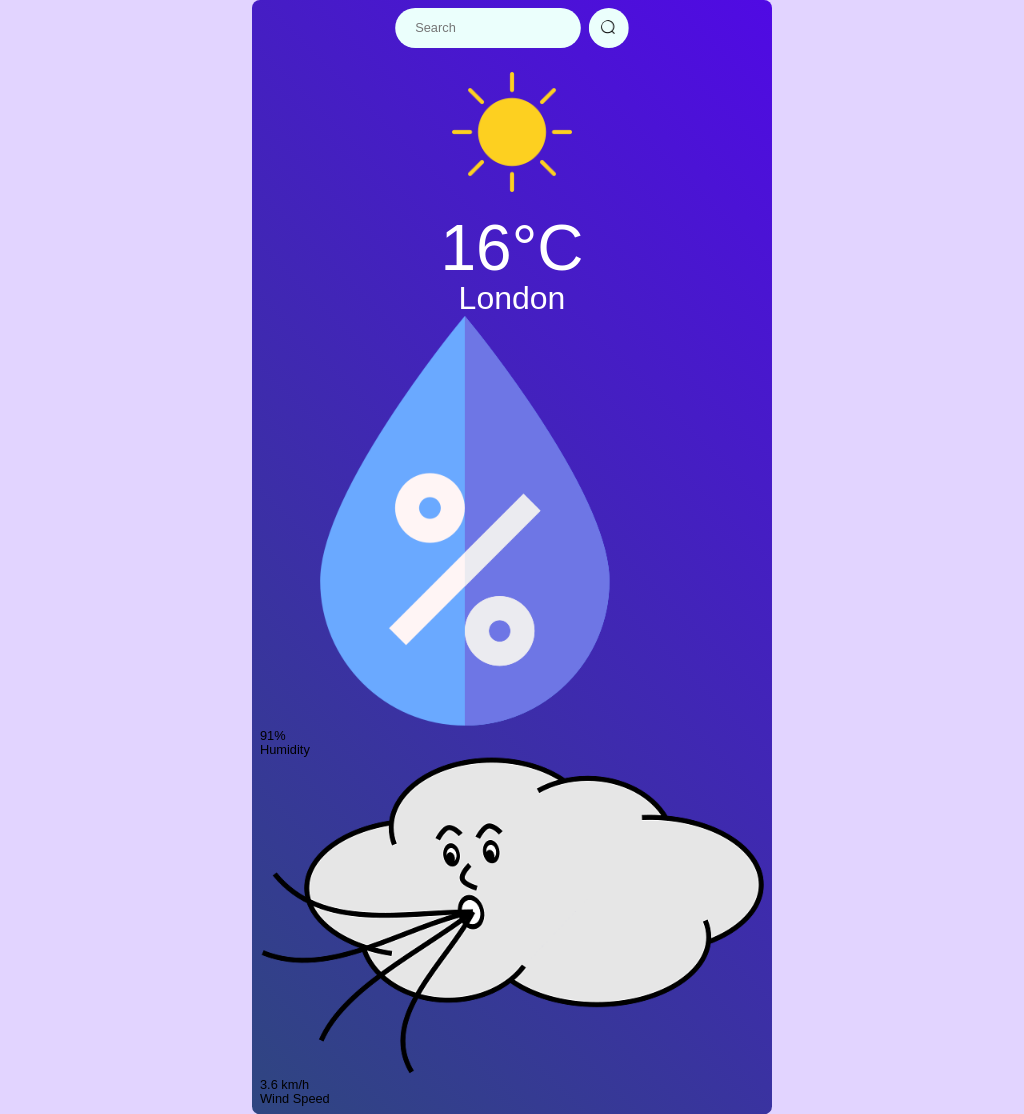
Repository: wakoya-tech/wheather-app
Page: /
The author's editor kept a copy of each file at every save. The page is drawn from the files as they stood at one save, then again after the next save.
The browser window is 1280 px wide. The pictures show the whole page, at 80% of full size.
The project was rebuilt for these pictures with package versions that can differ from the ones it lists, and the page was loaded fresh each time. Also part of the build but not shown: vite.config.js, src/App.css.

Above is the page before, as saved 2025-10-18 21:13:16.

After the next save:
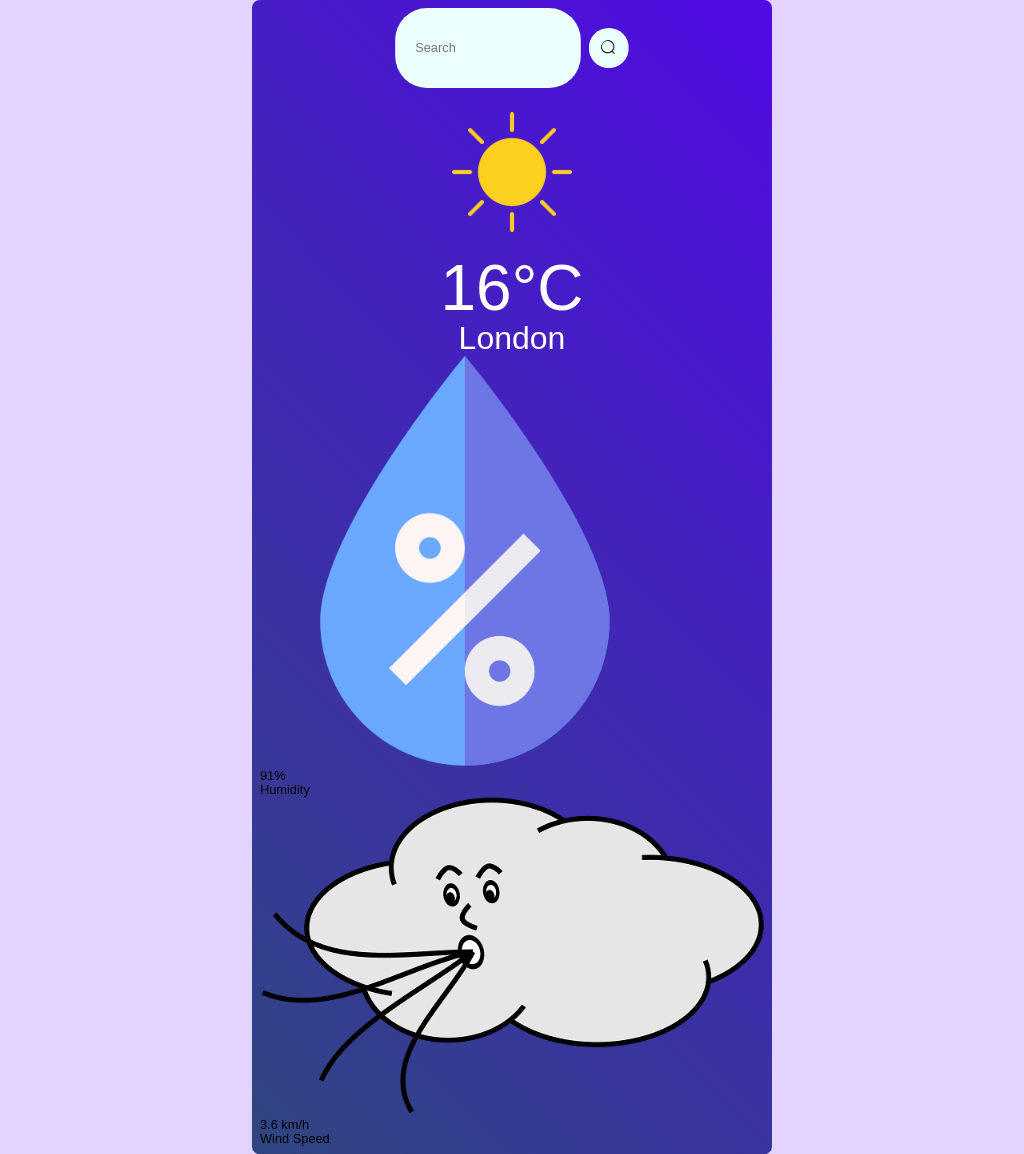
Saved 43 s later.
--- a/src/Components/Weather.css
+++ b/src/Components/Weather.css
@@ -13,7 +13,7 @@
     gap: 10px;
 }
 .search-bar input{
-   height: 50px;
+   height: 100px;
     font-size: 16px;
     border-radius: 40px;
     padding-left: 25px;

After the save that followed:
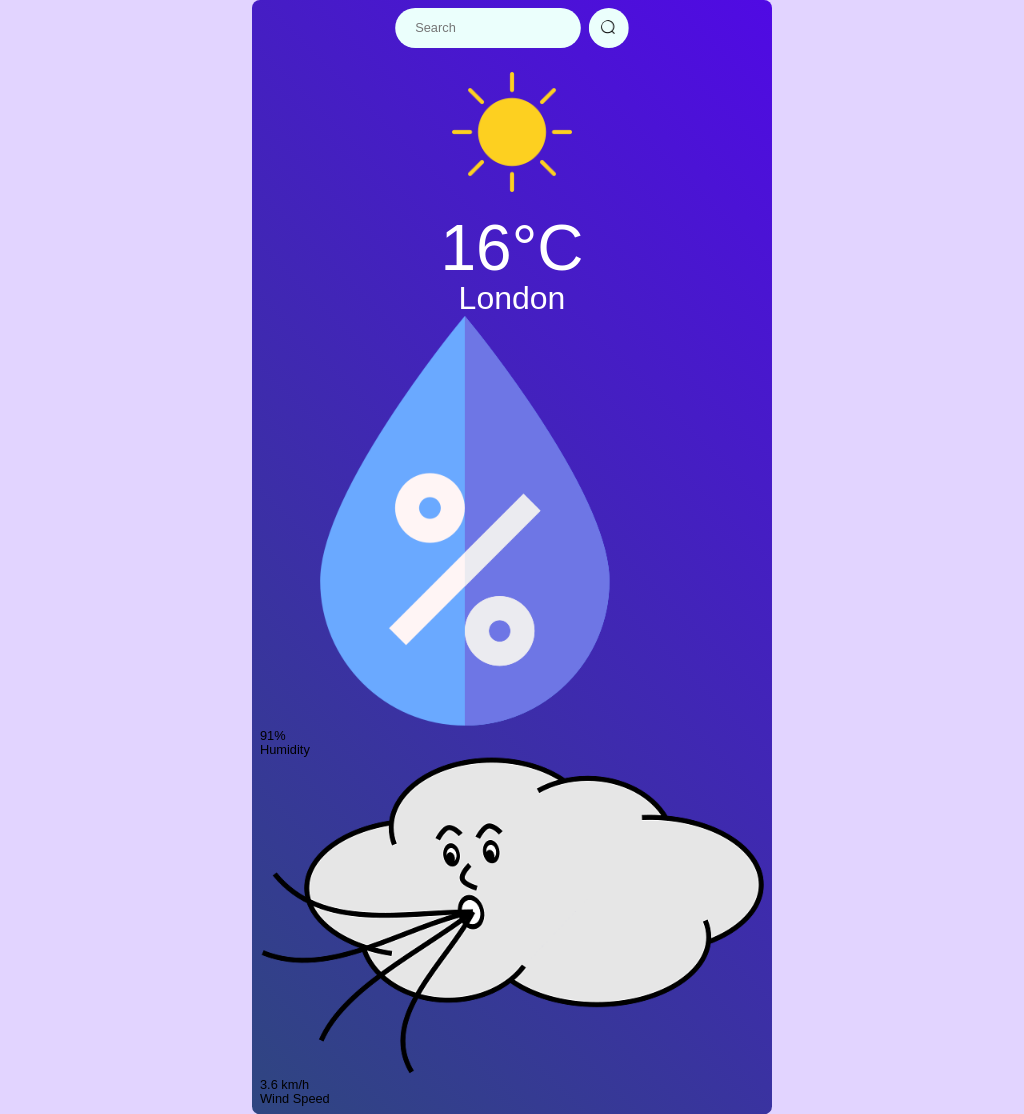
Saved 13 s later.
--- a/src/Components/Weather.css
+++ b/src/Components/Weather.css
@@ -13,7 +13,7 @@
     gap: 10px;
 }
 .search-bar input{
-   height: 100px;
+   height: 50px;
     font-size: 16px;
     border-radius: 40px;
     padding-left: 25px;
